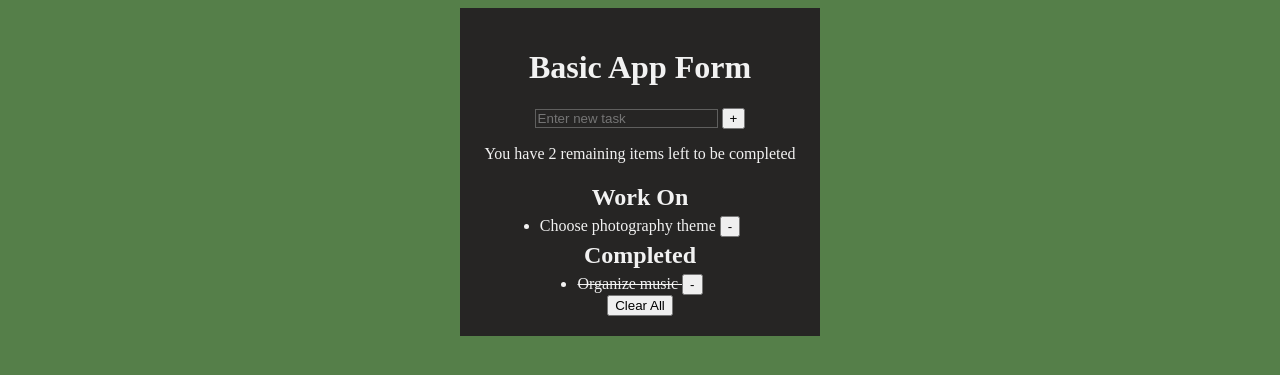
Repository: Kayla-amr/dgm_3760
Page: todoTemplate-W2/index.html
The author's editor kept a copy of each file at every save. The page is drawn from the files as they stood at one save, then again after the next save.
The browser window is 1280 px wide. The pictures show the whole page.

Above is the page before, as saved 2022-11-08 13:00:33.

After the next save:
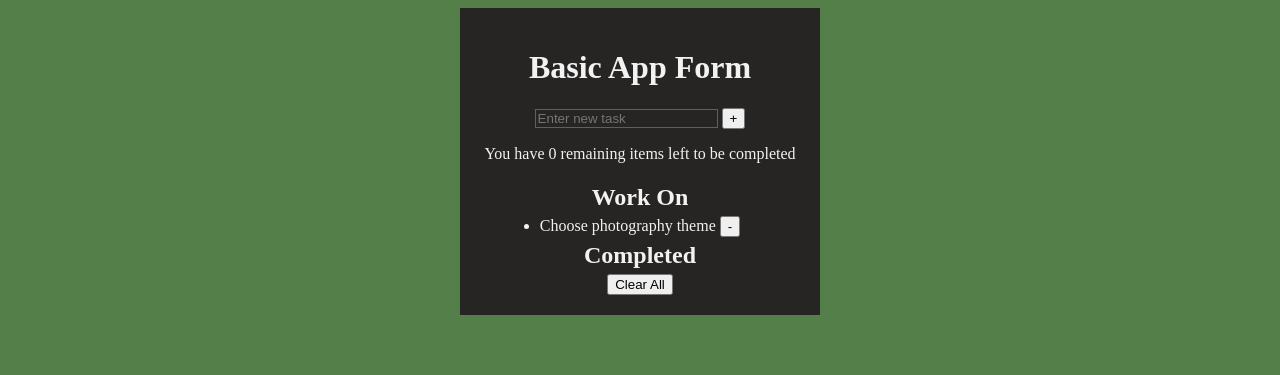
Console error: TypeError: Cannot read properties of undefined (reading 'length')
Saved 21 s later.
--- a/todoTemplate-W2/index.js
+++ b/todoTemplate-W2/index.js
@@ -36,7 +36,7 @@
 		if (myTask.status != true) {
 			todoTaskUl.innerHTML += `<li data-todoId='${myTask.id}'> ${myTask.name} <button class="removeBtn" onclick="deleteTask()">-</button></li>`;
 
-			remainingTasks.textContent = `You have ${todoTaskUl.tagName.length} remaining items left to be completed`;
+			remainingTasks.textContent = `You have ${todoTaskUl.name.length} remaining items left to be completed`;
 		} else {
 			completedTaskUL.style.textDecoration = 'line-through';
 			completedTaskUL.innerHTML += `<li data-todoId='${myTask.id}'> ${myTask.name} <button class="removeBtn" onclick="deleteTask()">-</button></li>`;

After the save that followed:
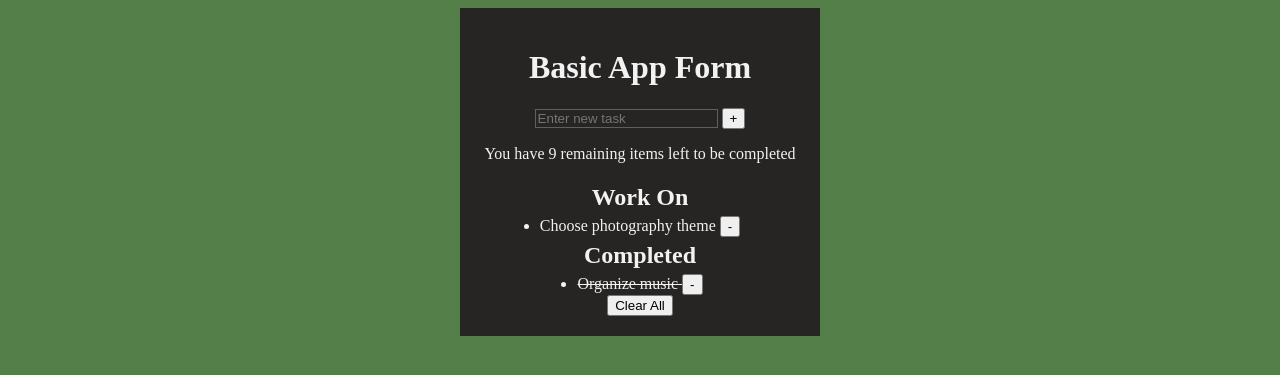
The error is gone.
Saved 5 s later.
--- a/todoTemplate-W2/index.js
+++ b/todoTemplate-W2/index.js
@@ -36,7 +36,7 @@
 		if (myTask.status != true) {
 			todoTaskUl.innerHTML += `<li data-todoId='${myTask.id}'> ${myTask.name} <button class="removeBtn" onclick="deleteTask()">-</button></li>`;
 
-			remainingTasks.textContent = `You have ${todoTaskUl.name.length} remaining items left to be completed`;
+			remainingTasks.textContent = `You have ${todoTaskUl.className.length} remaining items left to be completed`;
 		} else {
 			completedTaskUL.style.textDecoration = 'line-through';
 			completedTaskUL.innerHTML += `<li data-todoId='${myTask.id}'> ${myTask.name} <button class="removeBtn" onclick="deleteTask()">-</button></li>`;
